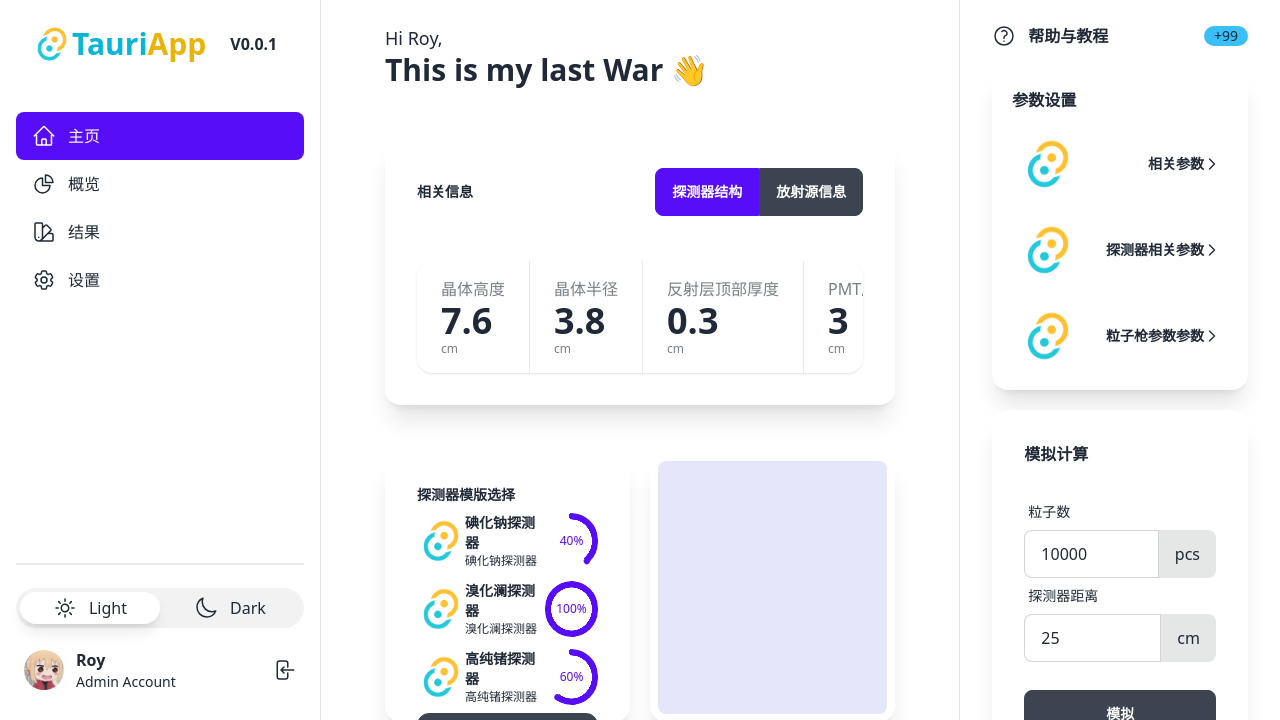
Repository: XMZOVO/tauri-geant4
Page: /
An editor plug-in stored every save of this project. The page is shown before and after the next save, followed by the edit.
The browser window is 1280 px wide. The pictures show the whole page.
The page's requests for data from a server got no answer. An inner scrolling area shows only its first screen. The project was rebuilt for these pictures with package versions that can differ from the ones it lists, and the page was loaded fresh each time. No one was signed in, and anything a server would have sent is missing. Also part of the build but not shown: vite.config.ts.

Above is the page before, as saved 2022-09-11 19:12:45.

After the next save:
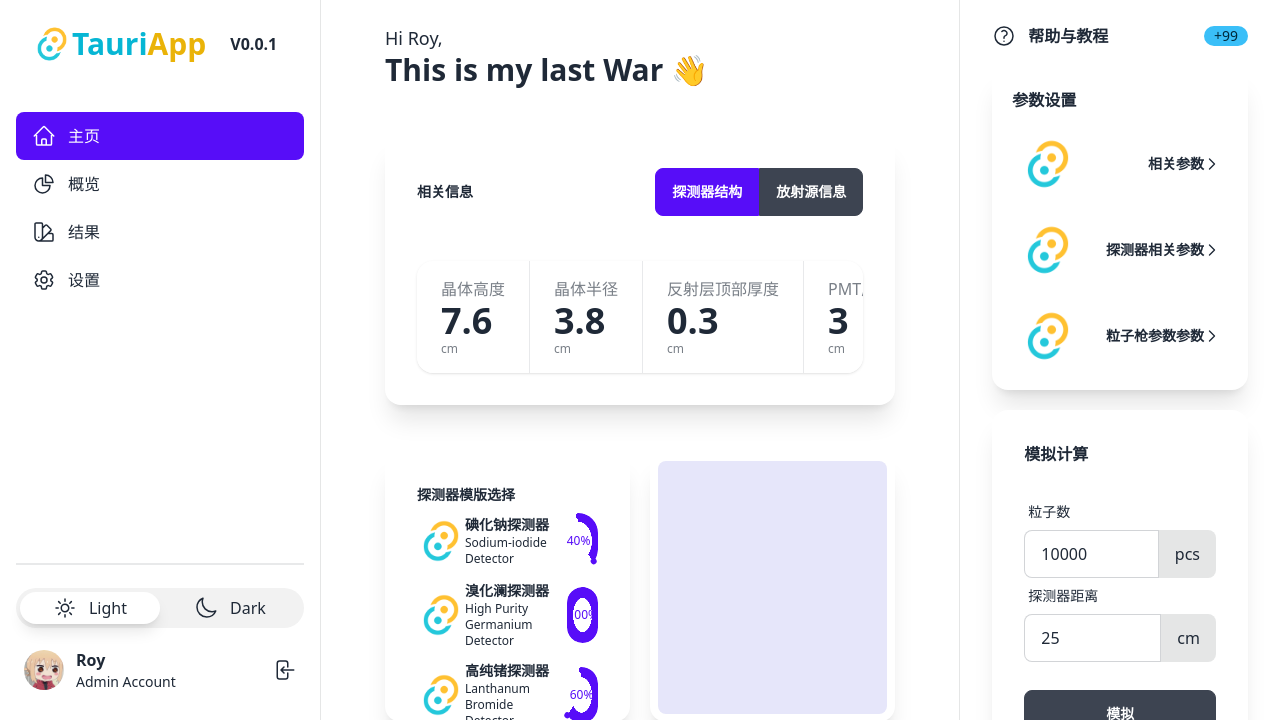
Saved 12 s later.
--- a/src/components/Home.vue
+++ b/src/components/Home.vue
@@ -195,7 +195,7 @@ const exitApp = async () => {
                 <img src="../assets/icon.png" class="h-12 w-12" />
                 <div class="flex flex-col">
                   <p class="text-sm font-semibold">{{ item.name }}</p>
-                  <p class="text-xs">{{ item.name }}</p>
+                  <p class="text-xs">{{ item.description }}</p>
                 </div>
                 <div
                   class="radial-progress text-xs text-primary"
